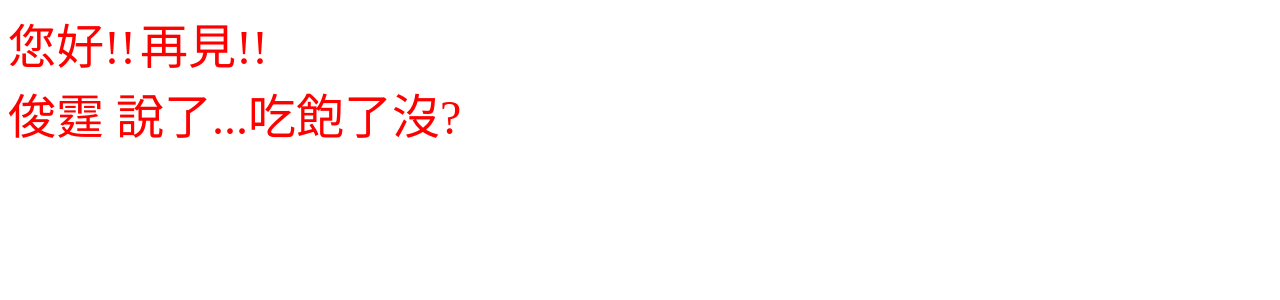
Repository: JunTingLin/web0620
Page: http://localhost/myWeb/testcustomizetag.jsp
An editor plug-in stored every save of this project. The page is shown before and after the next save, followed by the edit.
The browser window is 1280 px wide. The pictures show the whole page.
The page is served by Tomcat 9.

Above is the page before, as saved 2022-06-25 16:26:22.

After the next save:
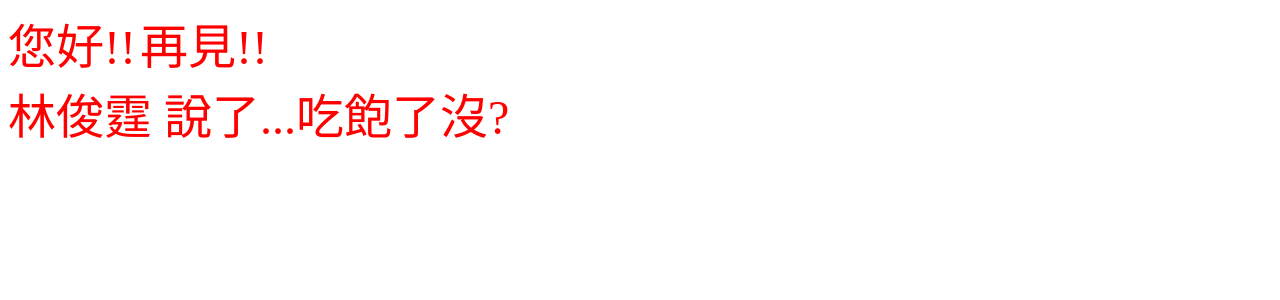
Saved 3 min 9 s later.
--- a/myWeb/src/main/webapp/testcustomizetag.jsp
+++ b/myWeb/src/main/webapp/testcustomizetag.jsp
@@ -1,6 +1,7 @@
 <%@ page language="java" contentType="text/html; charset=UTF-8"
     pageEncoding="UTF-8"%>
 <%@ taglib prefix="junting" uri="http://www.junting.com.tw/tags" %>
+<%@ taglib prefix="c" uri="http://java.sun.com/jsp/jstl/core" %>
 <!DOCTYPE html>
 <html>
 <head>
@@ -8,8 +9,9 @@
 <title>Insert title here</title>
 </head>
 <body>
+	<c:set var="myname" value="林俊霆"></c:set>
 	<junting:hello/>
 	<br>
-	<junting:whoHello information="吃飽了沒?" who="俊霆"/>
+	<junting:whoHello information="吃飽了沒?" who="${ myname }"/>
 </body>
 </html>
